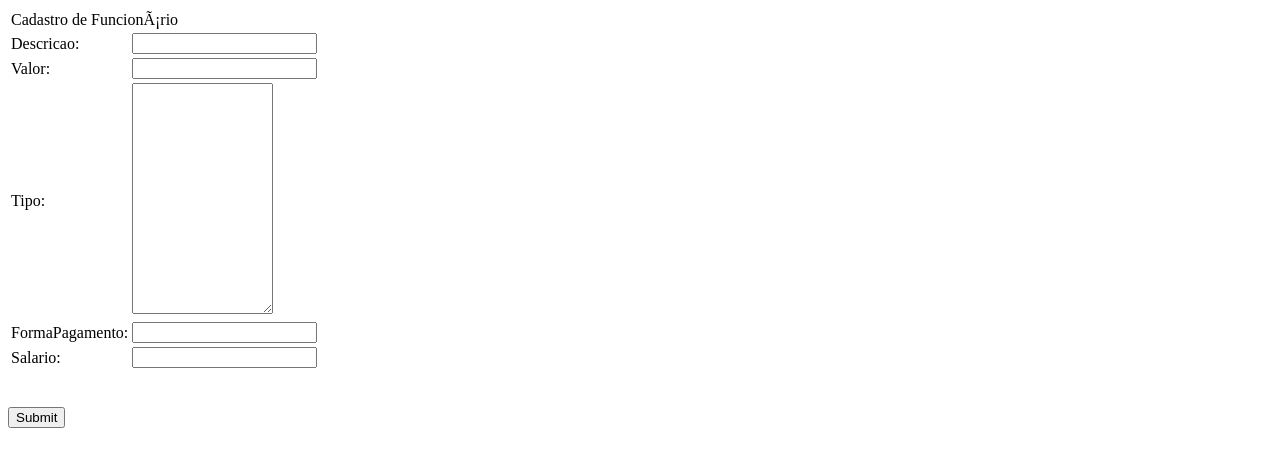
Repository: TadeuN1/PersonalProject-mySQL-eclipseIDE
Page: Movimentacoes/src/main/webapp/InfoMovimentacoes.html
These files come from the project's save history. The page is drawn as it stood at one moment and after the next save; the edit follows.
The browser window is 1280 px wide. The pictures show the whole page.

Above is the page before, as saved 2023-06-28 20:07:52.

After the next save:
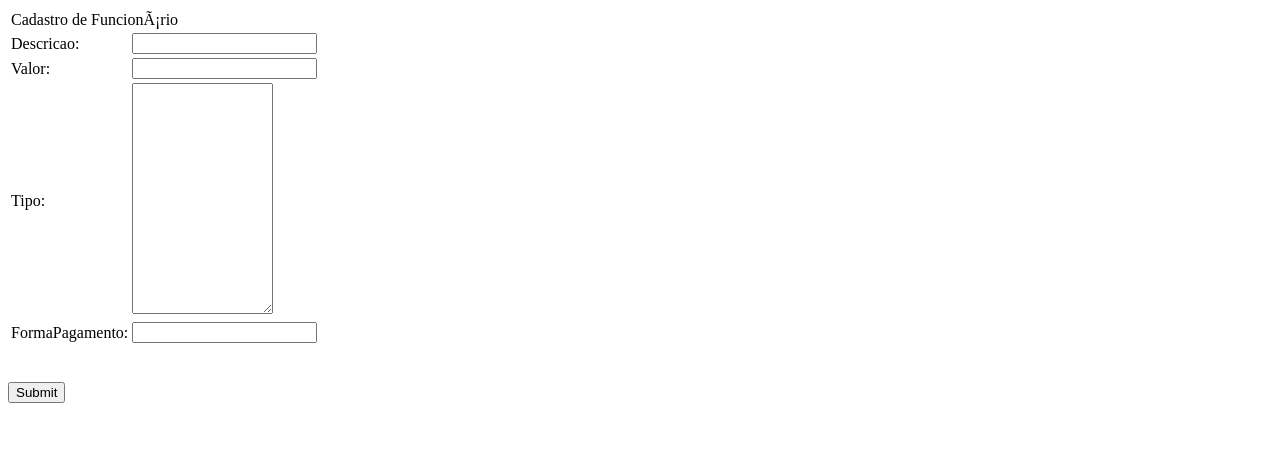
Saved 45 s later.
--- a/Movimentacoes/src/main/webapp/InfoMovimentacoes.html
+++ b/Movimentacoes/src/main/webapp/InfoMovimentacoes.html
@@ -14,24 +14,20 @@
 		</tr>
 		<tr>
 			<td>Descricao:</td>
-			<td><input type="text" name="nome"></td>
+			<td><input type="text" name="descricao"></td>
 		</tr>
 		<tr>
 			<td>Valor:</td>
-			<td><input type="text" name="cargo"></td>
+			<td><input type="text" name="valor"></td>
 		</tr>
 		<tr>
 			<td>Tipo:</td>
-		<td><textarea name="descCargo" cols="15"
+		<td><textarea name="tipo" cols="15"
 		rows="15"></textarea></td>
 		</tr>
 		<tr>
 		<td>FormaPagamento:</td>
-		<td><input type="text" name="setor"></td>
-		</tr>
-		<tr>
-		<td>Salario:</td>
-		<td><input type="text" name="salario"></td>
+		<td><input type="text" name="formapagamento"></td>
 		</tr>
 		</table>
 		<br><br>
